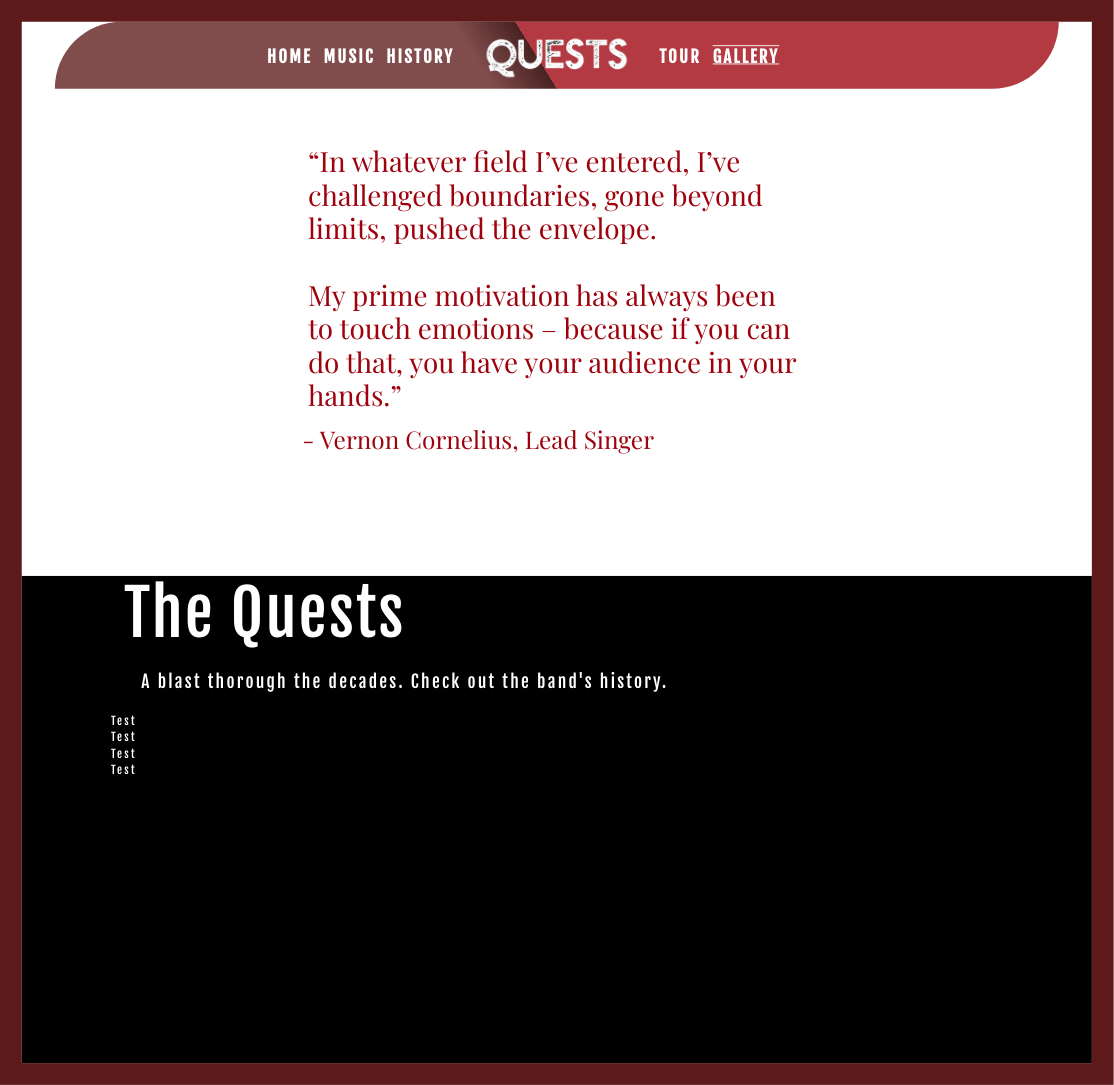
Repository: SamLookingGlass/User-Centric-Frontend-Development-Project
Page: gallery.html
The author's editor kept a record of every edit. The page is drawn from the files as they stood at one moment, then again after the next edit.
The browser window is 1280 px wide. The pictures show the whole page, at 87% of full size.
Some web libraries are served in a nearby version.

Above is the page before.

### gallery.html
<!doctype html>
<!doctype html>
<html lang="en">

<head>
    <!-- Required meta tags -->
    <meta charset="utf-8">
    <meta name="viewport" content="width=device-width, initial-scale=1, shrink-to-fit=no">

    <!-- Bootstrap CSS -->
    <link rel="stylesheet" href="https://maxcdn.bootstrapcdn.com/bootstrap/4.0.0/css/bootstrap.min.css" integrity="sha384-Gn5384xqQ1aoWXA+058RXPxPg6fy4IWvTNh0E263XmFcJlSAwiGgFAW/dAiS6JXm" crossorigin="anonymous">
    <link href="style.css" rel="stylesheet" type="text/css" />
    <link href="https://fonts.googleapis.com/css?family=Fjalla+One&display=swap" rel="stylesheet">
    <link href="https://fonts.googleapis.com/css?family=Amatic+SC&display=swap" rel="stylesheet">
    <link href="https://fonts.googleapis.com/css?family=Playfair+Display&display=swap" rel="stylesheet">
    <link rel="stylesheet" href="https://cdnjs.cloudflare.com/ajax/libs/font-awesome/4.7.0/css/font-awesome.min.css">
    <title>The Quests Official</title>
</head>

<body id="borderhome">
    <!--<div class="container-fluid" style="height:2vw"></div>-->
    <nav class="fontnew" id="navbg">
        <div class="container-fluid">
            <div class="row d-lg-flex">
                <div class="col-5 navnew navleft d-flex justify-content-end">
                    <ul class="d-flex">
                        <li><a href="home.html">HOME</a></li>
                        <li><a href="">MUSIC</a></li>
                        <li><a href="">HISTORY</a></li>
                    </ul>
                </div>
                <div class="col-2 d-lg-flex justify-content-center">
                    <a class="" href="#">
                     <img id="navlogo" class="img-fluid" src="images/logo.png" alt="logo">
                </a>
                </div>
                <div class="col-5 navnew navright d-lg-flex justify-content-start">
                    <ul class="d-flex">
                        <li><a href="">TOUR</a></li>
                        <li id="active"><a href="gallery.html">GALLERY</a></li>
                    </ul>
                </div>
            </div>
        </div>
    </nav>
    <main>
        <div id="imagebg">
        </div>
    </main>
    <section>
        <div style="height:420pt" class="container-fluid">
            <div class="row">
                <div class="col-3"></div>
                <div class="col-6 cardbod-galllery fonttypo-gallery">
                    <h2 class="cardbod">
                    “In whatever field I’ve entered,
                    <!--<br>-->
                    I’ve challenged boundaries,
                    <!--<br>-->
                    gone beyond limits,
                    <!--<br>-->
                    pushed the envelope.
                    <br>
                    <br>
                    My prime motivation has always been to touch emotions – because if you can do that, you have your audience in your hands.”
                    <br>
                    </h2>
                    <h3>
                    - Vernon Cornelius, Lead Singer
                    </h3>
                </div>
                <div class="col-3"></div>
            </div>
        </div>
    </section>
    <section style="background-color:black; height:420pt">
        <div class="container-fluid fontnew">
            <div class="row d-flex">
                <div class="col-1"></div>
                <div class="col-10">
                    <h1 class="display-3">The Quests</h1>
                    <p class="lead">A blast thorough the decades. <span id="underline">Check out the band's history.</span></p>
                </div>
                <div class="col-1"></div>
            </div>
            <div class="row d-flex">
                <div class="col-1"></div>
                <div class="col-10">
                    <div class="row">Test</div>
                    <div class="row">Test</div>
                    <div class="row">Test</div>
                    <div class="row">Test</div>
                </div>
                <div class="col-1"></div>
            </div>
        </div>
    </section>

    <!-- Optional JavaScript -->
    <!-- jQuery first, then Popper.js, then Bootstrap JS -->
    <script src="https://code.jquery.com/jquery-3.2.1.slim.min.js" integrity="sha384-KJ3o2DKtIkvYIK3UENzmM7KCkRr/rE9/Qpg6aAZGJwFDMVNA/GpGFF93hXpG5KkN" crossorigin="anonymous"></script>
    <script src="https://cdnjs.cloudflare.com/ajax/libs/popper.js/1.12.9/umd/popper.min.js" integrity="sha384-ApNbgh9B+Y1QKtv3Rn7W3mgPxhU9K/ScQsAP7hUibX39j7fakFPskvXusvfa0b4Q" crossorigin="anonymous"></script>
    <script src="https://maxcdn.bootstrapcdn.com/bootstrap/4.0.0/js/bootstrap.min.js" integrity="sha384-JZR6Spejh4U02d8jOt6vLEHfe/JQGiRRSQQxSfFWpi1MquVdAyjUar5+76PVCmYl" crossorigin="anonymous"></script>
</body>

</html>

### style.css
/*Sanity Checks*/
.blue {
    background-color:blue;

}
.bod {
    border:solid 1px black;
}

/*Home Styling*/
.cardbod {
    margin-top:4.5vw;
    padding:0.5vw;
    border-radius: 5px;
    /*align-items: center;*/
    display: flex;
    flex-direction: column;
}

/*Arrow Test https://codepen.io/raf187/pen/BvgGRQ*/
.red {
    margin-top:17vw;
}
body{
  margin-top: 0;
  padding: 0;
}
.arrow{
    position: absolute;
    top: 50%;
    left: 50%;
    transform: translate(-50%,-50%);
}
.arrow span{
    display: block;
    width: 30px;
    height: 30px;
    border-bottom: 5px solid rgb(158,2,13,0.7);
    border-right: 5px solid rgb(158,2,13,0.7);
    transform: rotate(45deg);
    margin: -12px;
    animation: animate 2s infinite;
}
.arrow span:nth-child(2){
    animation-delay: -0.2s;
}
.arrow span:nth-child(3){
    animation-delay: -0.4s;
}

@keyframes animate {
    0%{
        opacity: 0;
        transform: rotate(45deg) translate(-20px,-20px);
    }
    50%{
        opacity: 1;
    }
    100%{
        opacity: 0;
        transform: rotate(45deg) translate(20px,20px);
    }
}

/**/
#borderhome {
    border: solid 2vw rgb(94,26,26);
    /*border: solid 2vw rgb(158,2,13);*/
}

/*Parralax Scrolling */
.parralax {
    background-color:teal;
    height:460pt;
    background-attachment: fixed;
    background-position: center;
    background-repeat: no-repeat;
    background-size: cover;
}

.notparralax {
    background-image:url("images/image11.jpg");
    height:400pt;
    background-attachment: fixed;
    background-position: center;
    background-repeat: no-repeat;
    background-size: cover;
}

.notparralax div {
    padding-top:1vw;
}


/*Optional Color background-color:rgba(207, 0, 15, 0.6)*/
#navbg {
    background:rgb(94,26,26);
    background:linear-gradient(58deg, rgba(94,26,26,0.78) 42%, rgba(52,10,10,0.9) 48%, rgba(158,2,13,0.78) 48%);
    margin: 0 3vw;
    border-radius:15vw 0 15vw 0;
}

#navbg1 {
    background:rgb(94,26,26);
    background:linear-gradient(58deg, rgba(94,26,26,0.78) 42%, rgba(52,10,10,0.9) 48%, rgba(158,2,13,0.78) 48%);
    margin: 0 2vw;
    /*border-radius:15vw 15vw 0 0;*/
}

#active {
    text-decoration: underline overline;
}

.badgedesign {
    margin:10pt;
    padding:10pt;
    border: solid white 2pt;
    background-color:rgba(0, 0, 0, 0.6);
}

#navlogo {
   filter: invert(1);
   padding-top: 1.5vw;
}
.navnew li a {
    color: white;
}

.navnew li a:hover {
    text-decoration: underline overline;
}

.navnew li {
    text-decoration: none;
    list-style: none;
    padding-top: 1.5vw;
    margin: 5pt;
    font-size: 1.5vw;
    font-weight: bold;
}

.navright ul {
    position: relative;
    padding-left:0;
}

.navleft ul {
    position: relative;
    padding-right:0;
}

.fontnew {
    color:white;
    font-size: 1vw;
    font-family: 'Fjalla One', sans-serif;
    letter-spacing:0.2vw;

}

.fonttypo {
    font-family: 'Playfair Display', serif;
    color:white;
    font-size: 1vw;
    font-weight:bolder;
}

.fontfooter {
    color:white;
    font-size: 1vw;
    font-family: 'Fjalla One', sans-serif;
    letter-spacing:0.2vw;
    padding:0.18vw;
}

#sec1 h1, p{
    padding:5pt;
    margin:10pt;
}

#videobg {
    z-index: -1;
    position: fixed;
    right: 0;
    bottom: 0;
    min-width: 100%;
    min-height: 120%;
}

@media (min-aspect-ratio: 16/9) {
    #videobg {
        width: 100%;
        height: auto;
    }
}

@media (min-aspect-ratio: 16/9) {
    #videobg {
        width: auto;
        height: 100%;
    }
}

/*edit size*/
@media (max-width: 200px) {
    #videobg {
        display: none;
    }
    body {
        background: url("");
        background-size: cover;
    }
}

/*Newsletter Form*/
/*To reference DNCE*/
.formbackground {
    margin-top:5vw;
    background-color:rgba(0, 0, 0, 0.8);
    padding:2vw;
}
#formcta {
    text-align: center;
    line-height: 1;
    cursor: pointer;
    vertical-align: middle;
    padding: .85em 1em;
    color: #fefefe;
    font-weight: 700;
    border-radius: 1px;
    margin: 0 10px 0 auto;
    border: none;
    transition: background .2s ease-in-out;
    font-size: 1rem;
    outline: 0;
    letter-spacing: .1em;
    text-transform: uppercase;
}

/*To reference DNCE*/
.blockheader {
    display: inline-block;
    font-family: "Amatic SC",cursive;
    font-size: calc(1.11111vw + 20.44px);
    font-weight: 700;
    border: 3px solid #f00833;
    color: white;
    padding: 0 1.125rem;
    margin: 0;
    border-radius: 1px;
    clear: both;
    letter-spacing: .05em;
    text-align: left;
    width: auto;
    text-transform: uppercase;
    position: relative;
    left: -1%;
    transform: skew(3deg);
}
.blockheader::after {
    content: '';
    width: 0;
    height: 0;
    top: auto;
    border-style: solid;
    border-width: 12px 0 0 8px;
    border-color: #f00833 transparent transparent;
    position: absolute;
    bottom: -13px;
    left: 6%;
    z-index: 0;
    transform: rotate(-7deg);
}

#red-font {
    color: #f00833;
}

/*Gallery Styling*/


.fonttypo-gallery {
    font-family: 'Playfair Display', serif;
    color:rgb(158,2,13);
    font-size: 1vw;
    font-weight:bolder;
}

#imagebg {
    z-index: -1;
    position: fixed;
    right: 0;
    bottom: 0;
    min-width: 100%;
    min-height: 100%;
    background-size: cover;
    /*background-image: url("images/home1.jpg");*/
}

After the next edit:
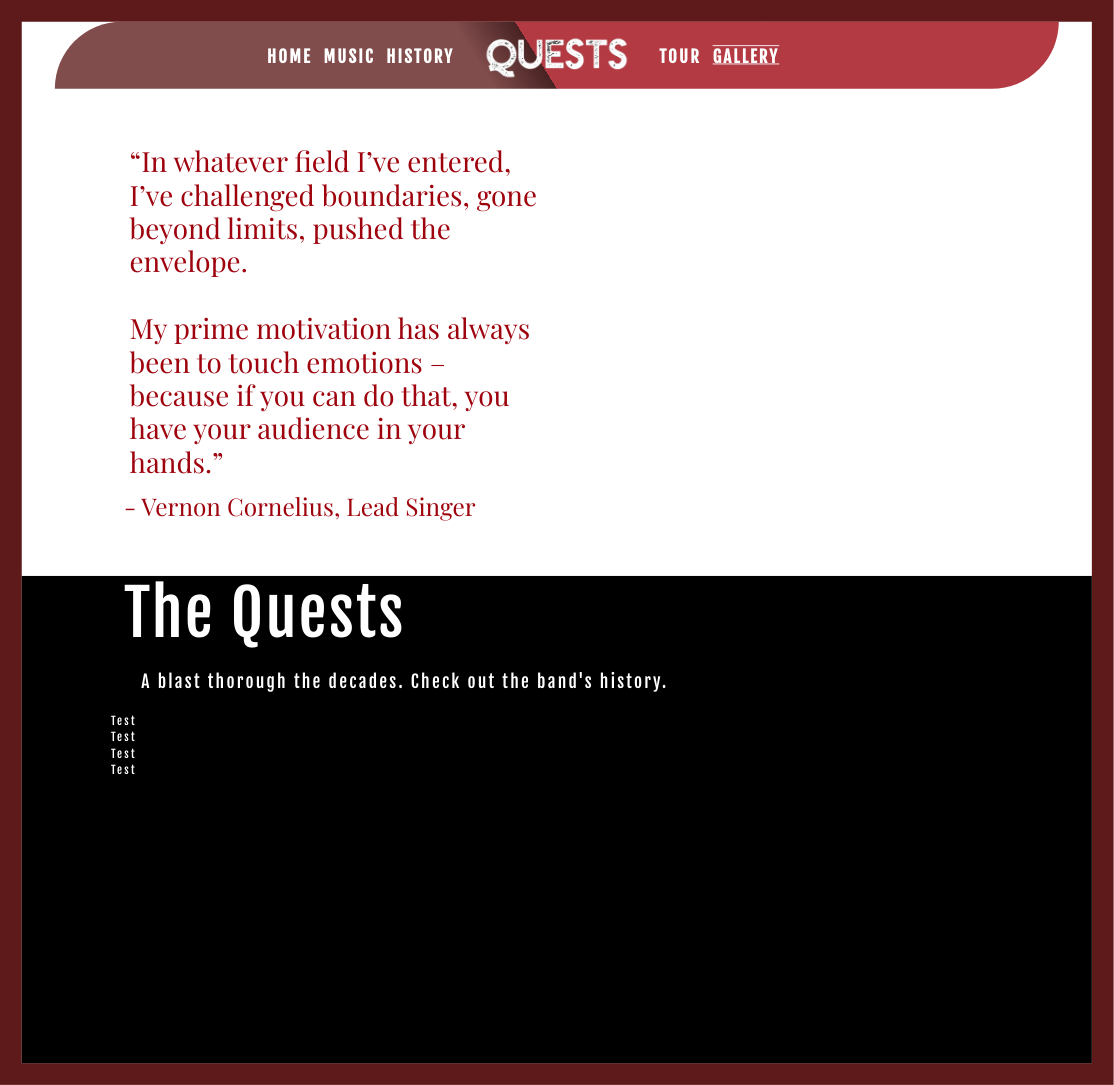
The edit:
--- a/gallery.html
+++ b/gallery.html
@@ -50,8 +50,8 @@
     <section>
         <div style="height:420pt" class="container-fluid">
             <div class="row">
-                <div class="col-3"></div>
-                <div class="col-6 cardbod-galllery fonttypo-gallery">
+                <div class="col-1"></div>
+                <div class="col-5 cardbod-galllery fonttypo-gallery">
                     <h2 class="cardbod">
                     “In whatever field I’ve entered,
                     <!--<br>-->
